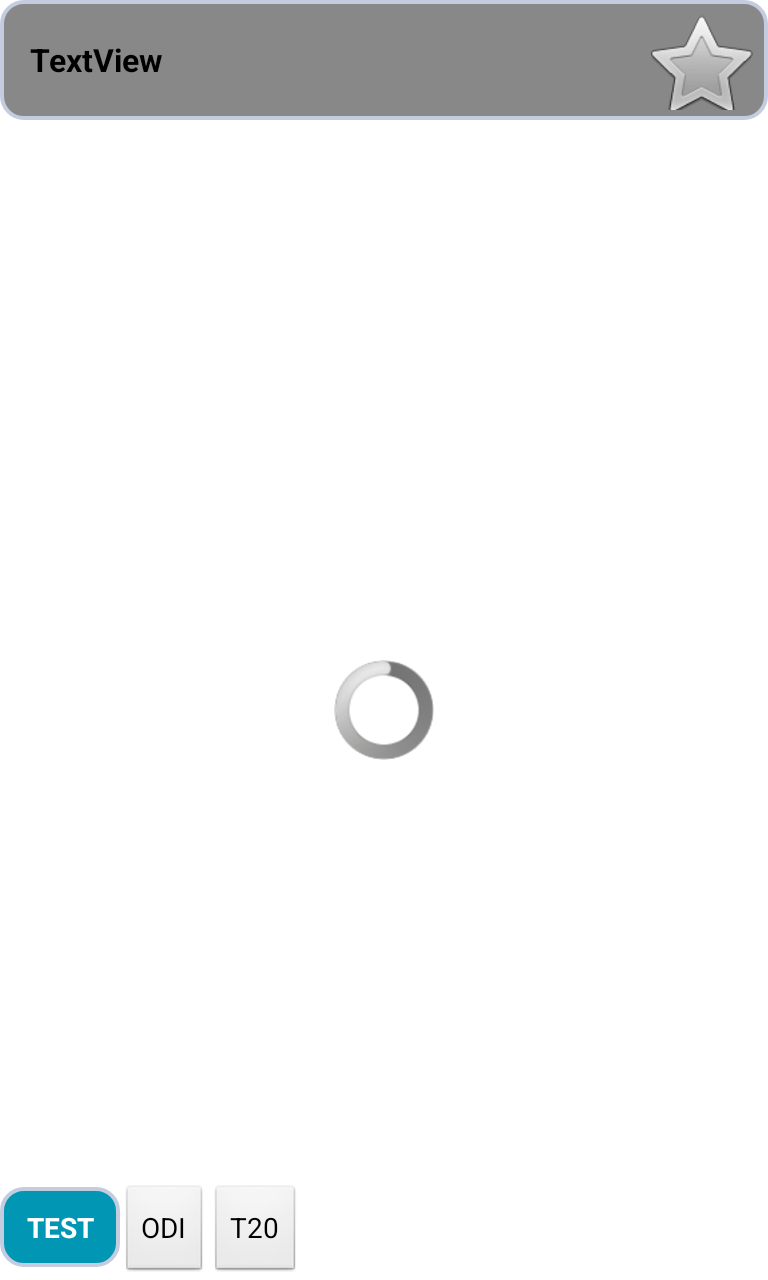
Repository: vinothsridhar/CrickBuzzChallenge
Layout: CricBuzzAndroidApp/res/layout/activity_playerprofile.xml
An editor plug-in stored every save of this project. The layout is shown before and after a run of saves, followed by the edit.
It is drawn on a 768 x 1280 px phone screen (xhdpi) without system bars, with theme AppTheme; the app's code is not run.

Above is the layout before, as saved 2014-12-20 14:37:23.

### CricBuzzAndroidApp/res/layout/activity_playerprofile.xml
<RelativeLayout xmlns:android="http://schemas.android.com/apk/res/android"
    xmlns:tools="http://schemas.android.com/tools"
    android:layout_width="match_parent"
    android:layout_height="match_parent" >

    <include
        android:id="@+id/topItem"
        layout="@layout/playlist_item" />

    <RelativeLayout
        android:layout_width="fill_parent"
        android:layout_height="fill_parent"
        android:layout_below="@+id/topItem" >

        <ProgressBar
            android:id="@+id/profileProgress"
            android:layout_width="50dp"
            android:layout_height="50dp"
            android:layout_centerInParent="true" />

        <RelativeLayout
            android:id="@+id/profileInfo"
            android:layout_width="fill_parent"
            android:layout_height="fill_parent"
            android:orientation="vertical" >

            <LinearLayout
                android:layout_width="match_parent"
                android:layout_height="wrap_content"
                android:layout_alignParentBottom="true"
                android:orientation="horizontal" >

                <Button
                    android:id="@+id/test"
                    android:layout_width="wrap_content"
                    android:layout_height="wrap_content"
                    style="@style/Button"
                    android:text="@string/test_text" />

                <Button
                    android:id="@+id/odi"
                    android:layout_width="wrap_content"
                    android:layout_height="wrap_content"
                    android:text="@string/odi_text" />

                <Button
                    android:id="@+id/t20"
                    android:layout_width="wrap_content"
                    android:layout_height="wrap_content"
                    android:text="@string/t20_text" />

            </LinearLayout>
        </RelativeLayout>
    </RelativeLayout>

</RelativeLayout>

### CricBuzzAndroidApp/res/values/styles.xml
<resources xmlns:android="http://schemas.android.com/apk/res/android">
    <style name="AppBaseTheme" parent="@android:style/Theme.Light.NoTitleBar">
    </style>

    <style name="AppTheme" parent="AppBaseTheme">
    </style>

    <style name="BoldText">
        <item name="android:textSize">@dimen/medium_text</item>
        <item name="android:textStyle">bold</item>
        <item name="android:padding">5dp</item>
    </style>

    <style name="TitleText">
        <item name="android:textSize">@dimen/big_text</item>
        <item name="android:background">@color/black</item>
        <item name="android:textColor">@color/white</item>
        <item name="android:textStyle">bold</item>
        <item name="android:gravity">center_vertical</item>
        <item name="android:padding">5dp</item>
    </style>

    <style name="TitleIcon" parent="@android:style/Widget.TabWidget">
        <item name="android:gravity">center_vertical</item>
        <item name="android:background">@drawable/tab_holo</item>
        <item name="android:paddingLeft">5dp</item>
        <item name="android:paddingRight">5dp</item>
    </style>

    <style name="TotalText" parent="BoldText">
        <item name="android:textColor">@color/black</item>
        <item name="android:background">@color/yellow</item>
        <item name="android:weightSum">2</item>
        <item name="android:gravity">center</item>
    </style>

    <style name="PlayerNameText">
        <item name="android:textColor">@color/black</item>
        <item name="android:textSize">@dimen/big_text</item>
        <item name="android:paddingLeft">10dp</item>
        <item name="android:textStyle">bold</item>
    </style>

    <style name="Button">
        <item name="android:width">60dp</item>
        <item name="android:height">40dp</item>
        <item name="android:textColor">@color/white</item>
        <item name="android:textSize">@dimen/medium_text</item>
        <item name="android:padding">5dp</item>
        <item name="android:textStyle">bold</item>
        <item name="android:background">@drawable/button_item</item>
    </style>

</resources>

### CricBuzzAndroidApp/res/layout/playlist_item.xml
<?xml version="1.0" encoding="utf-8"?>
<LinearLayout xmlns:android="http://schemas.android.com/apk/res/android"
    android:layout_width="match_parent"
    android:layout_height="60dp"
    android:layout_gravity="center_vertical"
    android:gravity="center_vertical"
    android:background="@drawable/playerlistitem"
    android:layout_marginBottom="10dp"
    android:clickable="true"
    android:orientation="horizontal" >

    <TextView
        android:id="@+id/playerName"
        android:layout_width="fill_parent"
        android:layout_height="wrap_content"
        android:layout_weight="1"
        style="@style/PlayerNameText"
        android:text="TextView" />

    <RatingBar
        android:id="@+id/ratingBar1"
        android:layout_width="wrap_content"
        android:layout_height="wrap_content"
        android:layout_weight="0"
        android:stepSize="1"
        android:numStars="1" />

</LinearLayout>

### CricBuzzAndroidApp/res/values/strings.xml
<?xml version="1.0" encoding="utf-8"?>
<resources>

    <string name="app_name">CricBuzzAndroidApp</string>
	<string name="loading_playlist_text">Loading Playlist</string>
	<string name="total_players_text">Total Players: %1$s</string>
	<string name="total_favorites_text">Favorites: %1$s</string>
	<string name="test_text">TEST</string>
	<string name="odi_text">ODI</string>
	<string name="t20_text">T20</string>
</resources>

### CricBuzzAndroidApp/res/values/colors.xml
<?xml version="1.0" encoding="utf-8"?>
<resources>
    <color name="black">#000000</color>
    <color name="white">#ffffff</color>
    <color name="yellow">#FFCC00</color>
</resources>

### CricBuzzAndroidApp/res/values/dimens.xml
<resources>

    <!-- Text sizes -->
    <dimen name="small_text">12sp</dimen>
    <dimen name="medium_text">14sp</dimen>
    <dimen name="big_text">16sp</dimen>

</resources>

### CricBuzzAndroidApp/res/drawable/button_item.xml
<?xml version="1.0" encoding="utf-8"?>
<selector xmlns:android="http://schemas.android.com/apk/res/android">

    <item android:state_pressed="true"><shape android:shape="rectangle">
            <solid android:color="#588687"></solid>

            <stroke android:width="2dp" android:color="#C4CDE0"></stroke>

            <padding android:bottom="5dp" android:left="5dp" android:right="5dp" android:top="5dp"></padding>

            <corners android:radius="11dp"></corners>
        </shape></item>
    <item android:state_pressed="false"><shape android:shape="rectangle">
            <solid android:color="#0096B4"></solid>

            <stroke android:width="2dp" android:color="#C4CDE0"></stroke>

            <padding android:bottom="5dp" android:left="5dp" android:right="5dp" android:top="5dp"></padding>

            <corners android:radius="11dp"></corners>
        </shape></item>

</selector>

### CricBuzzAndroidApp/res/drawable/playerlistitem.xml
<?xml version="1.0" encoding="utf-8"?>
<selector xmlns:android="http://schemas.android.com/apk/res/android">

    <item android:state_pressed="true"><shape android:shape="rectangle">
            <solid android:color="#588687"></solid>

            <stroke android:width="2dp" android:color="#C4CDE0"></stroke>

            <padding android:bottom="5dp" android:left="5dp" android:right="5dp" android:top="5dp"></padding>

            <corners android:radius="11dp"></corners>
        </shape></item>
    <item android:state_pressed="false"><shape android:shape="rectangle">
            <solid android:color="#888888"></solid>

            <stroke android:width="2dp" android:color="#C4CDE0"></stroke>

            <padding android:bottom="5dp" android:left="5dp" android:right="5dp" android:top="5dp"></padding>

            <corners android:radius="11dp"></corners>
        </shape></item>

</selector>

After the next 2 saves:
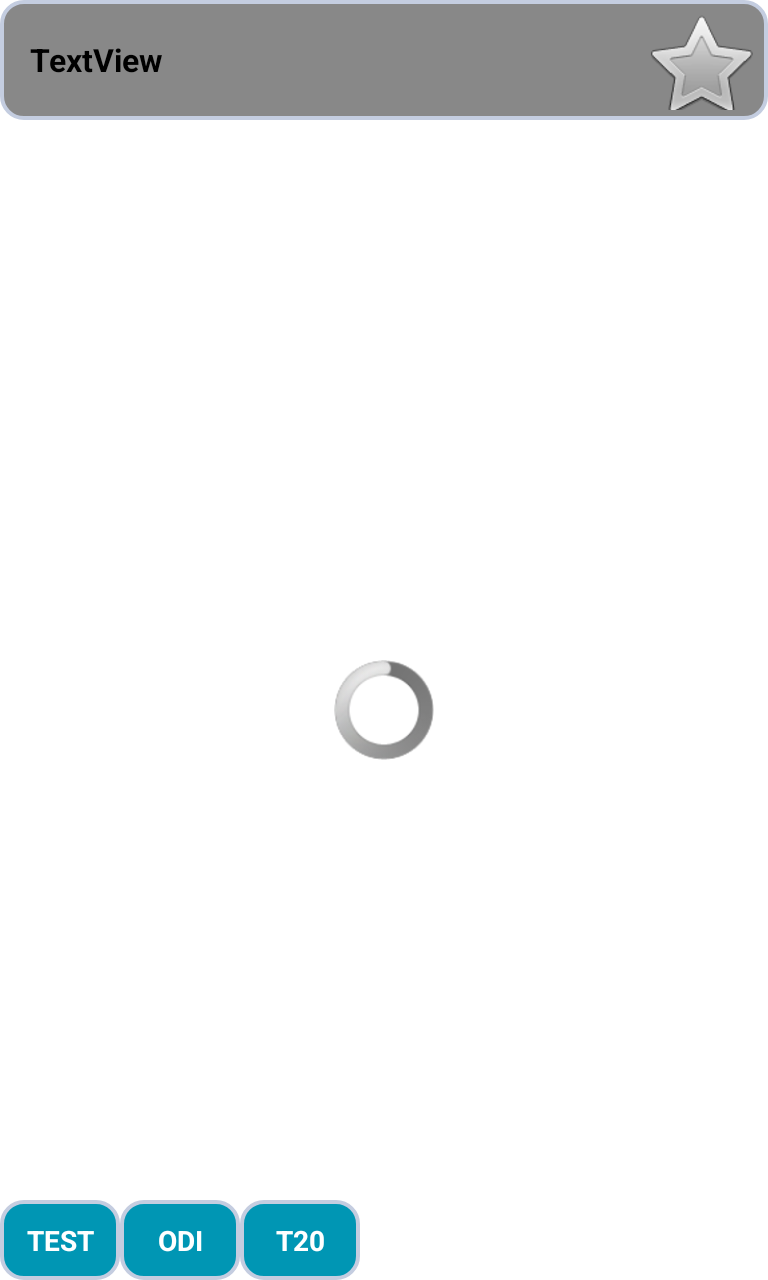
The 2 saves are shown as one change because they came seconds apart.
The last was saved 22 s later.
--- a/CricBuzzAndroidApp/res/layout/activity_playerprofile.xml
+++ b/CricBuzzAndroidApp/res/layout/activity_playerprofile.xml
@@ -41,12 +41,14 @@
                     android:id="@+id/odi"
                     android:layout_width="wrap_content"
                     android:layout_height="wrap_content"
+                    style="@style/Button"
                     android:text="@string/odi_text" />
 
                 <Button
                     android:id="@+id/t20"
                     android:layout_width="wrap_content"
                     android:layout_height="wrap_content"
+                    style="@style/Button"
                     android:text="@string/t20_text" />
 
             </LinearLayout>
